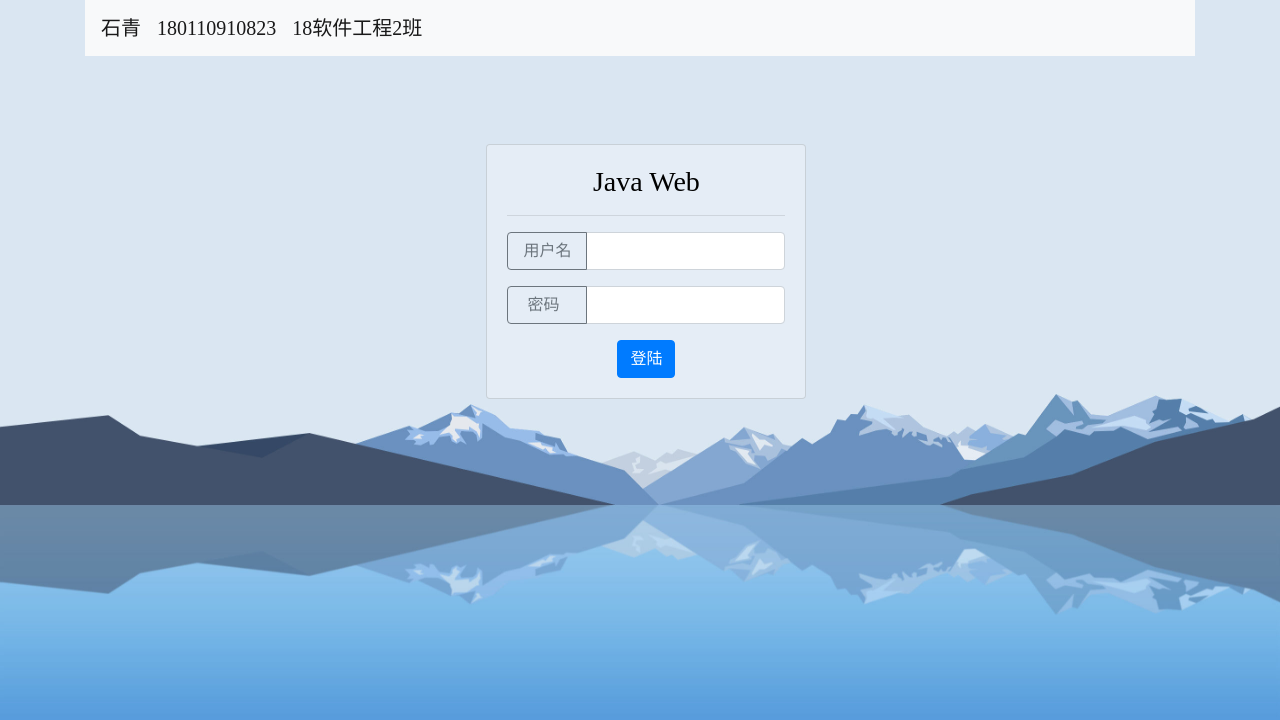
Repository: sqsssq/JavaWeb
Page: class1/IDEA/web/successful.html
These files come from the project's save history. The page is drawn as it stood at one moment and after the next save; the edit follows.
The browser window is 1280 px wide. The pictures show the whole page.

Above is the page before, as saved 2020-09-25 00:38:00.

After the next save:
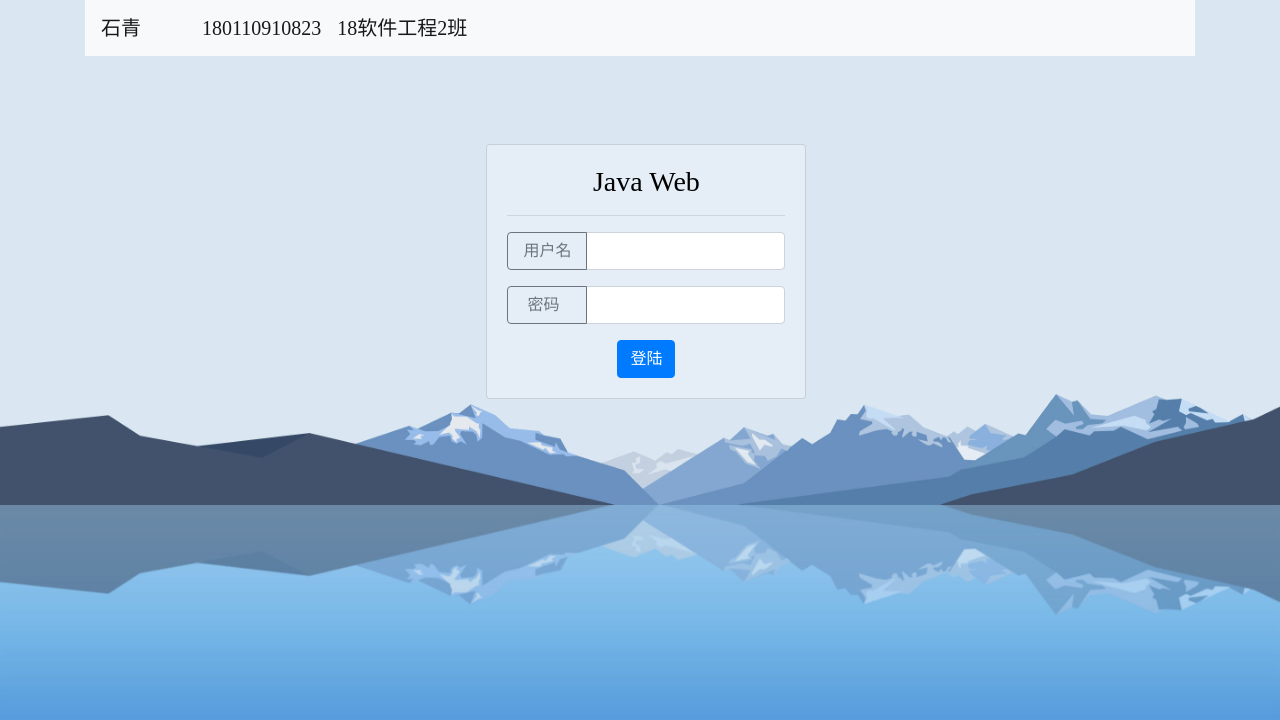
Saved 19 s later.
--- a/class1/IDEA/web/successful.html
+++ b/class1/IDEA/web/successful.html
@@ -1,7 +1,7 @@
 <!--
  * @Author: your name
  * @Date: 2020-09-23 10:46:47
- * @LastEditTime: 2020-09-25 00:38:00
+ * @LastEditTime: 2020-09-25 00:37:27
  * @LastEditors: Please set LastEditors
  * @Description: In User Settings Edit
  * @FilePath: \IDEA\web\successful.html
@@ -32,8 +32,8 @@
 </head>
 <body>
     <div class="container" style="font-family: 华文行楷;">
-        <nav class="navbar navbar-expand-lg navbar-light bg-light" style="text-align: center;">
-            <a class="navbar-brand" href="#">石青</a>
+        <nav class="navbar navbar-expand-lg navbar-light bg-light">
+            <a class="navbar-brand" href="#">石青 &nbsp;&nbsp;&nbsp;&nbsp;&nbsp;&nbsp;&nbsp;&nbsp;</a>
             <a class="navbar-brand" href="#">180110910823</a>
             <a class="navbar-brand" href="#">18软件工程2班</a>
 
